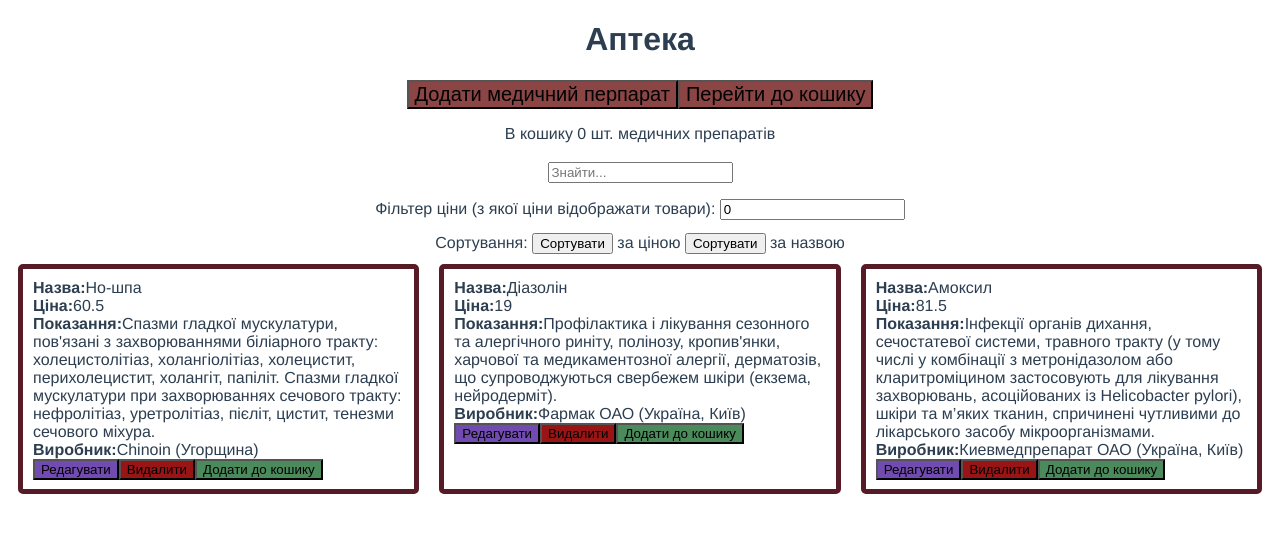
Repository: kristinap8/pharmacy
Page: /
An editor plug-in stored every save of this project. The page is shown before and after a run of saves, followed by the edit.
The browser window is 1280 px wide. The pictures show the whole page.
The project was rebuilt for these pictures with package versions that can differ from the ones it lists, and the page was loaded fresh each time. Also part of the build but not shown: src/components/AddMedicineForm/index.vue, src/pages/AddMedicine/index.vue, src/components/EditMedicineForm/index.vue, src/pages/EditMedicine/index.vue, src/components/CartForm/index.vue, src/pages/Cart/index.vue.

Above is the page before, as saved 2020-12-10 10:34:49.

### src/main.js
import Vue from 'vue'
import App from './App.vue'
import router from "./router"
import store from "./store"

Vue.config.productionTip = false

new Vue({
  store,
  router,
  render: h => h(App),
}).$mount('#app')

### src/App.vue
<template>
  <div id="app">
    <router-view/>
  </div>
</template>

<script>
export default {
  name: "App",
  components: {},
};
</script>

<style>
#app {
  font-family: Avenir, Helvetica, Arial, sans-serif;
  -webkit-font-smoothing: antialiased;
  -moz-osx-font-smoothing: grayscale;
  color: #2c3e50;
}
</style>

### src/router.js
import Vue from "vue";
import VueRouter from "vue-router";
import AddMedicine from "@/pages/AddMedicine";
import EditMedicine from "@/pages/EditMedicine";
import AllMedicines from "@/pages/AllMedicines";
import Cart from "@/pages/Cart";

Vue.use(VueRouter);

const routes=[
    {
        path:'/',
        name:'all-medicines',
        component:AllMedicines
    },
    {
        path:'/edit_medicine/:medicine_id',
        name:'edit-medicine',
        component:EditMedicine
    },
    {
        path:'/add_medicine',
        name:'add-medicine',
        component:AddMedicine
    },
    {
        path:'/cart',
        name:'cart',
        component:Cart
    },

]

const router=new VueRouter({
    mode:"history",
    routes
});

export default router;

### src/store/index.js
import Vue from "vue";
import Vuex from "vuex";
import { v4 as uuid_v4 } from 'uuid'

Vue.use(Vuex)
const store=new Vuex.Store({
    state:{
      medicinesList:[
          {
              id:1,
              name:'Но-шпа',
              price:60.5,
              requirements:"Спазми гладкої мускулатури, пов'язані з захворюваннями біліарного тракту: холецистолітіаз, холангіолітіаз, холецистит, перихолецистит, холангіт, папіліт. Спазми гладкої мускулатури при захворюваннях сечового тракту: нефролітіаз, уретролітіаз, пієліт, цистит, тенезми сечового міхура.",
              maker:"Chinoin (Угорщина)"

          },
          {
            id:2,
            name:"Діазолін",
            price:19,
            requirements:"Профілактика і лікування сезонного та алергічного риніту, полінозу, кропив'янки, харчової та медикаментозної алергії, дерматозів, що супроводжуються свербежем шкіри (екзема, нейродерміт).",
            maker:"Фармак ОАО (Україна, Київ)"

        },
        {
            id:3,
            name:"Амоксил",
            price:81.5,
            requirements:"Інфекції органів дихання, сечостатевої системи, травного тракту (у тому числі у комбінації з метронідазолом або кларитроміцином застосовують для лікування захворювань, асоційованих із Helicobacter pylori), шкіри та м’яких тканин, спричинені чутливими до лікарського засобу мікроорганізмами.",
            maker:"Киевмедпрепарат ОАО (Україна, Київ)"

        }
      ],
      cart:[],
      cartItemsCount:0
    },
    mutations:{
        addMedicine(state, data) {
            state.medicinesList.push({
             id: uuid_v4(),
             ...data,
           })
         },
         deleteMedicine(state,id){
             let medicines=state.medicinesList.filter(medicine=>medicine.id!=id)
             state.medicinesList=medicines;
         },
         editMedicine(state,medicine){
             state.medicinesList.forEach(m=>{
                 if(m.id==medicine.id){
                     m=medicine;
                 }
             } )
         },
         addToCart(state,medicine){
            let isMedicineExists=state.cart.find(m => m.id == medicine.id);

            if (isMedicineExists) {
                isMedicineExists.quantity ++;
                isMedicineExists.totalPrice = (isMedicineExists.quantity * isMedicineExists.price).toFixed(2);
            } else {
                state.cart.push(medicine);

                Vue.set(medicine, 'quantity', 1);
                Vue.set(medicine, 'totalPrice', medicine.price);
            }
             state.cartItemsCount++
         },
         deleteItemFromCart(state,medicine){
            let index = state.cart.indexOf(medicine);
            if (index > -1) {
                let item= state.cart[index];
                if(item.quantity>1)
                {
                    state.cartItemsCount--;
                    item.quantity--;
                    item.totalPrice-=item.price;
                }
                else{
                    state.cartItemsCount -= item.quantity;
                    state.cart.splice(index, 1);
                }

            }
         }
    },
    actions:{
        addMedicine({ commit }, medicine) {
            commit('addMedicine', medicine)
         },
          deleteMedicine({commit},id){
              commit('deleteMedicine',id)
          },
          editMedicine({commit},medicine){
              commit('editMedicine',medicine)
          },
          addToCart({commit},medicine){
              commit('addToCart',medicine)
          },
          deleteItemFromCart({commit},medicine){
              commit("deleteItemFromCart",medicine)
          }

    },
    getters:{
        getMedicines:(state)=> state.medicinesList,
        getMedicineById:(state)=>(id)=>{return state.medicinesList.find(m=>m.id===id)},
        getMedicinesInCart:(state)=>state.cart,
     },
    modules:{

    }
})

export default store

### src/pages/AllMedicines/index.vue
<template>
    <div>
        <h1 class="header">Аптека</h1>
        <div class='btns'>
        <router-link to="/add_medicine" tag="button" class='add-btn'>Додати медичний перпарат</router-link>
        <router-link to="/cart" tag="button" class='cart-btn'>Перейти до кошику</router-link>
        </div>
        <p class="cart-count">В кошику {{this.$store.state.cartItemsCount}} шт. медичних препаратів</p>
     <medicines-list/>
    </div>
</template>

<script>

import MedicinesList from "../../components/MedicinesList"
    export default {
        name:"AllMedicine",
        components: {
            MedicinesList,
        },

    }
</script>

<style lang="scss" scoped>
 .header{
      text-align: center;
  }
  .cart-count{
   text-align: center;
  }
  .btns{
      text-align: center;
  }
  .add-btn{
      background:rgb(139, 69, 69);
      font-size:20px;
  }
  .cart-btn{
      background:rgb(139, 69, 69);
      font-size:20px;
  }
</style>

### src/components/MedicinesList/index.vue
<template>
    <div>
        <div class="search-filter">
          <input type="text" placeholder="Знайти..." v-model="search"/><br/>
        </div>
        <div class="price-filter">
          <label>
          Фільтер ціни (з якої ціни відображати товари):
          <input type="number" v-model="price"/>
          </label>
        </div>
        <div class="sort">
            <label>
                Сортування:
                <button>Сортувати</button>
                за ціною
                <button>Сортувати</button>
                за назвою
            </label>
        </div>
    <div class="list-container">
    <medicine-card
    v-for="medicine in filteredMedicines"
    :key="medicine.id"
    :id="medicine.id"
    :name="medicine.name"
    :price="medicine.price"
    :requirements="medicine.requirements"
    :maker="medicine.maker"
    />
     </div>
    </div>
</template>

<script>
import { mapGetters } from 'vuex'
import MedicineCard from "./MedicineCard"
    export default {
        name:"MedicinesList",
        data() {
            return {
                search:"",
                price:0,
            }
        },
        components: {
        MedicineCard,
        },
        computed: {
            ...mapGetters(['getMedicines']),
            filteredMedicines() {
           return this.getMedicines
             .filter((m) => {
              return (
              m.name.toLowerCase().includes(this.search.toLowerCase()) ||
              m.maker.toLowerCase().includes(this.search.toLowerCase()) ||
              m.requirements.toLowerCase().includes(this.search.toLowerCase())||
              m.price==Number(this.search)
            );})
            .filter((m)=>{
                return(
                   m.price >= Number(this.price)
                )
            })
            },
       },
        }


//var sortByName = function (d1, d2) {return (d1.name.toLowerCase() > d2.name.toLowerCase()) ? 1 : -1;};
//var sortByPrice = function (d1, d2) { return (d1.price > d2.price) ? 1 : -1; };
</script>

<style lang="scss" scoped>
  .list-container{
      display: flex;
  }
  .search-filter{
      text-align: center;
      margin:10px;
      padding: 3px;
  }
  .price-filter{
      text-align: center;
      margin:10px;
      padding: 3px;
  }
  .sort{
      text-align: center;
  }
</style>

### src/components/MedicinesList/MedicineCard/index.vue
<template>
    <div class="card-container">
    <div><b>Назва:</b>{{name}}</div>
    <div><b>Ціна:</b>{{price}}</div>
    <div><b>Показання:</b>{{requirements}}</div>
    <div><b>Виробник:</b>{{maker}}</div>
    <button @click="onEditMedicine" class="edit-btn">Редагувати</button>
    <button @click="onDeleteMedicine(id)" class="delete-btn">Видалити</button>
    <button @click="onAddToCart({id,name,price,requirements,maker})" class="add-btn">Додати до кошику</button>
    </div>
</template>

<script>
import { mapActions } from 'vuex'
  export default {
        name:"MedicineCard",
        props: {
            id: {
                type: [String,Number],
                required:true,
            },
            name: {
                type: String,
                default:"Назва препарату не вказана"
            },
            price:{
                type:[String,Number],
                default:0
            },
            requirements:{
                type:String,
                default:"Показань до застосування не вказано"
            },
            maker:{
                type:String,
                default:"Виробника не вказано"
            }

        },
        methods: {
            onDeleteMedicine(id) {
                this.$store.dispatch("deleteMedicine",id)
             },
            onEditMedicine(){
                this.$router.push({
                    name:'edit-medicine',
                    params:{medicine_id:this.id}
                })
            },
            ...mapActions(['addToCart']),
            onAddToCart(item){
                this.$store.dispatch('addToCart',item)
            }
        },
    }
</script>

<style lang="scss" scoped>
.card-container{
  width: 400px;
  height: 200px;
  border: 5px solid rgb(87, 26, 39);
  border-radius: 5px;
  padding: 10px;
  margin: 10px;
  text-align: left;
}
.add-btn{
    background:rgb(75, 138, 91)
}
.edit-btn{
    background:rgb(114, 75, 177)
}
.delete-btn{
    background:rgb(153, 21, 21)
}
</style>

Loaded but not shown: public/index.html (common file)

After the next 2 saves:
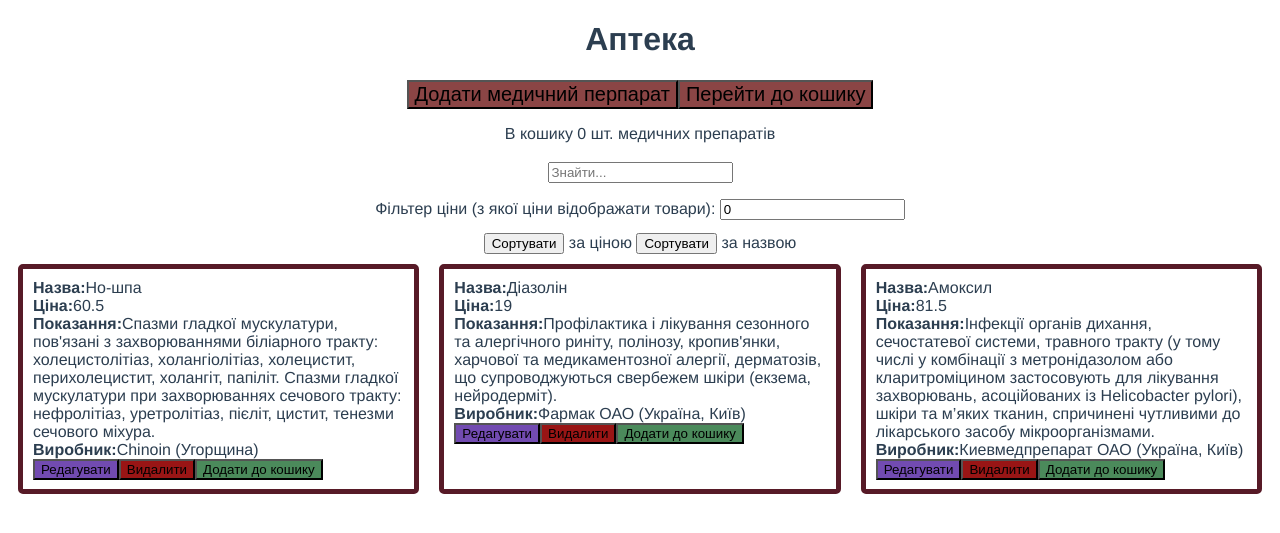
The 2 saves are shown as one change because they came seconds apart.
The last was saved 19 s later.
--- a/src/components/MedicinesList/index.vue
+++ b/src/components/MedicinesList/index.vue
@@ -10,13 +10,10 @@
           </label>
         </div>
         <div class="sort">
-            <label>
-                Сортування:
-                <button>Сортувати</button>
+              <button>Сортувати</button>
                 за ціною
                 <button>Сортувати</button>
                 за назвою
-            </label>
         </div>
     <div class="list-container">
     <medicine-card
